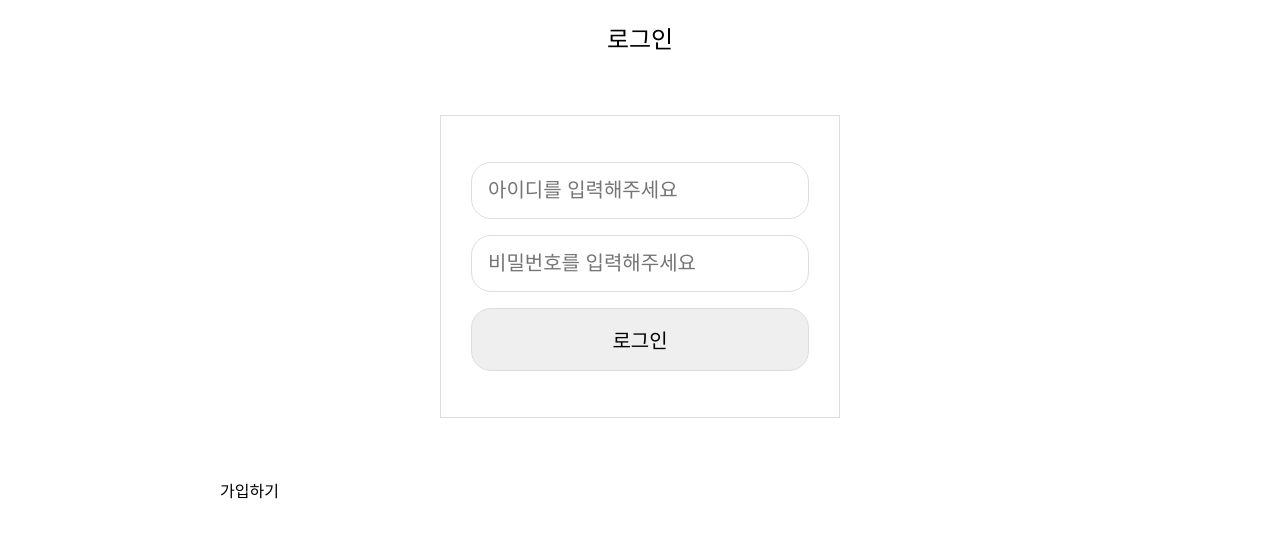
Repository: inhoo123/backup
Page: http://localhost/community-inside/login
These files come from the project's save history. The page is drawn as it stood at one moment and after the next save; the edit follows.
The browser window is 1280 px wide. The pictures show the whole page.
Some web fonts or font styles are not loaded; a fallback is used. The page is served by Tomcat 10. Other server files are loaded and not shown.

Above is the page before, as saved 2024-06-27 04:10:58.

### web-workspace/community-inside/src/main/webapp/WEB-INF/view/login.jsp
<%@ page language="java" contentType="text/html; charset=UTF-8"
    pageEncoding="UTF-8"%>
   <%@ page trimDirectiveWhitespaces="true"%>
<%@ taglib prefix="c" uri="http://java.sun.com/jsp/jstl/core"%>
<!DOCTYPE html>
<html>
<head>
<meta charset="UTF-8">
<title>인사이드 로그인</title>
<link rel="stylesheet"
	href="${pageContext.servletContext.contextPath }/css/style.css?<%=System.currentTimeMillis() %>" />
</head>
<body>
	<div style="width: 840px; margin: 0 auto;">
	<div style="text-align: center">
	<h2>로그인</h2>
	</div>
<div
			style="width: 400px; margin: 60px auto; border: 1px solid #ddd; padding: 30px;">
			<form
				action="${pageContext.servletContext.contextPath }/login-handle" method="post">
				<p>
					<input type="text" class="login-input" placeholder="아이디를 입력해주세요" name="id"/>
				</p>
				<p>
					<input type="password" class="login-input"
						placeholder="비밀번호를 입력해주세요" name="password"/>
				</p>
				<p>
					<button type="submit" class="login-input">로그인</button>
				</p>
			</form>
		</div>
		<a href="${pageContext.servletContext.contextPath }/join">가입하기</a>
	</div>
</body>
</html>

### web-workspace/community-inside/src/main/java/controller/LoginController.java
package controller;

import java.io.IOException;


import jakarta.servlet.ServletException;
import jakarta.servlet.annotation.WebServlet;
import jakarta.servlet.http.HttpServlet;
import jakarta.servlet.http.HttpServletRequest;
import jakarta.servlet.http.HttpServletResponse;

@WebServlet("/login")
public class LoginController extends HttpServlet {
	@Override
	protected void service(HttpServletRequest request, HttpServletResponse response)
			throws ServletException, IOException {

		request.getRequestDispatcher("/WEB-INF/view/login.jsp").forward(request, response);
	}
}

### web-workspace/community-inside/src/main/webapp/css/style.css
@charset "UTF-8";

@import
	url('https://fonts.googleapis.com/css2?family=Nanum+Gothic&display=swap');

* {
	font-family: "Nanum Gothic", sans-serif;
  font-weight: 400;
  font-style: normal;
  box-sizing: border-box;
}

h1, h2, h3, h4, h5, h6 {
	font-weight: lighter;
}

.gnb_bar2 {
    position: relative;
    min-width: 1050px;
    background-color: #3b4890;
    border: 1px solid #3b4890;
    border-width: 1px 0 1px 0;
    padding: 10px;
}

.top{
	padding-top:100px;

}

.aa{
    font-size: 12px;
    font-family: -apple-system,BlinkMacSystemFont,"Apple SD Gothic Neo","Malgun Gothic","맑은 고딕",arial,Dotum,돋움,sans-serif;
    margin: 0;
    padding: 0;
    vertical-align: baseline;
    background: transparent;
    font-style: normal;
    position: relative;
    min-width: 1050px;
    background-color: #3b4890;
    border: 1px solid #3b4890;
    border-width: 1px 0 1px 0;
}
.gnb_bar {
    position: relative;
    min-width: 1050px;
    background-color: #3b4890;
    border: 1px solid #3b4890;
    border-width: 1px 0 1px 0;
    padding: 10px;
}

center{
	margin: 0 auto;

}


.search{
	height: 30px;
	width: 400px;
	border: 4px solid #3b4890;
	background: #ffffff;
}



.dc_logo {
    overflow: hidden;
    position: absolute;
    top: 20px;
    left: -43px;
    text-align: center;
}
.dchead {
    position: relative;
    width: 1000px;
    height: 120px;
    margin: 0 auto;
}

body {
	min-width: 960px;
}

.no-deco-link {
	color: #444;
	text-decoration: none;
}

.fs-small {
	font-size: 0.8rem;
}

.fs-large {
	font-size: 1.2rem;
}

.srch-bar {
	padding: 12px;
	border-radius: 12px;
	font-size: 1.1rem;
	width: 480px;
}

.login-input {
	padding: 16px;
	border: 1px solid #ddd;
	width: 100%;
	box-sizing: border-box;
	font-size: 1.25rem;
	border-radius: 20px;
}

/* table css ======================================== */
.default-table {
	border-collapse: collapse;
	width: 100%;
	margin-top:10px;
}
.border-bottom {
	border-bottom: 1px solid #ddd;
}
.default-table td, .default-table th {
	padding : 4px;
}
.text-center {
	text-align: center;
}



a {
	text-decoration: none;
}

input:focus {
	outline: none;
}

textare:focus, textarea:active {
	outline: none;
}

button:hover {
	background-color: #ddd;
	cursor: pointer;
}

button:active {
	background-color: #ccc;
	cursor: pointer;
}

/* 영역 사이즈 클래스 */
.container {
	width: 1140px;
	margin: auto;
}
.container2 {
	width: 1500px;
	margin: auto;
}

.wrap-md {
	width: 720px;
	margin: auto;
}

.wrap-sm {
	width: 540px;
	margin: auto;
}

.wrap-x-sm {
	width: 360px;
	margin: auto;
}

.d-flex {
	display: flex;
}

.space-between {
	justify-content: space-between;
}

/* 컴포넌트 너비 클래스 */
.w-50 {
	width: 50%;
}

.w-100 {
	width: 100%;
}
/* 컴포넌트 테두리 클래스 */
.border {
	border: 1px solid #999;
}

.border-rounded {
	border: 1px solid #999;
	border-radius: 4px;
}

/* 글씨 정렬 클래스 */
.text-left {
	text-align: left;
}

.text-center {
	text-align: center;
}

.text-right {
	text-align: right;
}

/* 글씨 색상 클래스 */
.warning {
	color: orangered;
}

.info {
	color: limegreen;
}


/* 뱃지 클래스 */
.badge-info {
	background-color:  limegreen;
	color: white;
	padding : 4px 8px;
	border-radius: 4px;
}
.badge-warning {
	background-color:  orangered;
	color: white;
	padding : 4px 8px;
	border-radius: 4px;
}
.badge-dark {
	background-color:  #333333;
	color: white;
	padding : 4px 8px;
	border-radius: 4px;
}


.fs-1 {
	font-size: 2rem;
}

.fs-2 {
	font-size: 1.5rem;
}

.fs-3 {
	font-size: 1.17rem;
}

.fs-4 {
	font-size: 1.0rem;
}

.fs-5 {
	font-size: 0.8rem;
}

.fs-6 {
	font-size: 0.65rem;
}
/* 글씨 색상 */

/* 기본 패딩 클래스 */
.p-1 {
	padding: 4px;
}

.p-2 {
	padding: 8px;
}

.p-3 {
	padding: 12px;
}

.p-4 {
	padding: 16px;
}

.p-5 {
	padding: 20px;
}

.px-1 {
	padding-left: 4px;
	padding-right: 4px;
}

.px-2 {
	padding-left: 8px;
	padding-right: 8px;
}

.px-3 {
	padding-left: 12px;
	padding-right: 12px;
}

.px-4 {
	padding-left: 16px;
	padding-right: 16px;
}

.px-5 {
	padding-left: 20px;
	padding-right: 20px;
}

/* 기본 마진 클래스 */
.mx-1 {
	margin: auto 4px;
}

.mx-2 {
	margin: auto 8px;
}

.mx-3 {
	margin: auto 12px;
}

.mx-4 {
	margin: auto 16px;
}

.mx-5 {
	margin: auto 20px;
}

.my-1 {
	margin: 4px auto;
}

.my-2 {
	margin: 8px auto;
}

.my-3 {
	margin: 12px auto;
}

.my-4 {
	margin: 16px auto;
}

.my-5 {
	margin: 20px auto;
}
/*
.item {
	box-shadow: 1px 2px 4px 1px #888888;
}
*/
.item:hover {
	background-color: #eee;
}

a {
	text-decoration: none;
	color: black;
}
.search {
  position: relative;
  width: 300px;
}

h1, h2, h3, h4, h5, h6 {
	font-weight: lighter;
}

body {
	min-width: 960px;
}

.no-deco-link {
	color: #444;
	text-decoration: none;
}

.fs-small {
	font-size: 0.8rem;
}

.fs-large {
	font-size: 1.2rem;
}

.srch-bar {
	padding: 12px;
	border-radius: 12px;
	font-size: 1.1rem;
	width: 480px;
}

.login-input {
	padding: 16px;
	border: 1px solid #ddd;
	width: 100%;
	box-sizing: border-box;
	font-size: 1.25rem;

}

.login-input2 {
	padding: 16px;
	border: 1px solid #ddd;
	background-color: #3b4890;
	width: 100%;
	box-sizing: border-box;
	font-size: 1.25rem;
	color:white;
}


/* table css ======================================== */
.default-table {
	border-collapse: collapse;
	width: 100%;
	margin-top:10px;
}
.border-bottom {
	border-bottom: 1px solid #ddd;
}
.default-table td, .default-table th {
	padding : 4px;
}
.text-center {
	text-align: center;
}

After the next save:
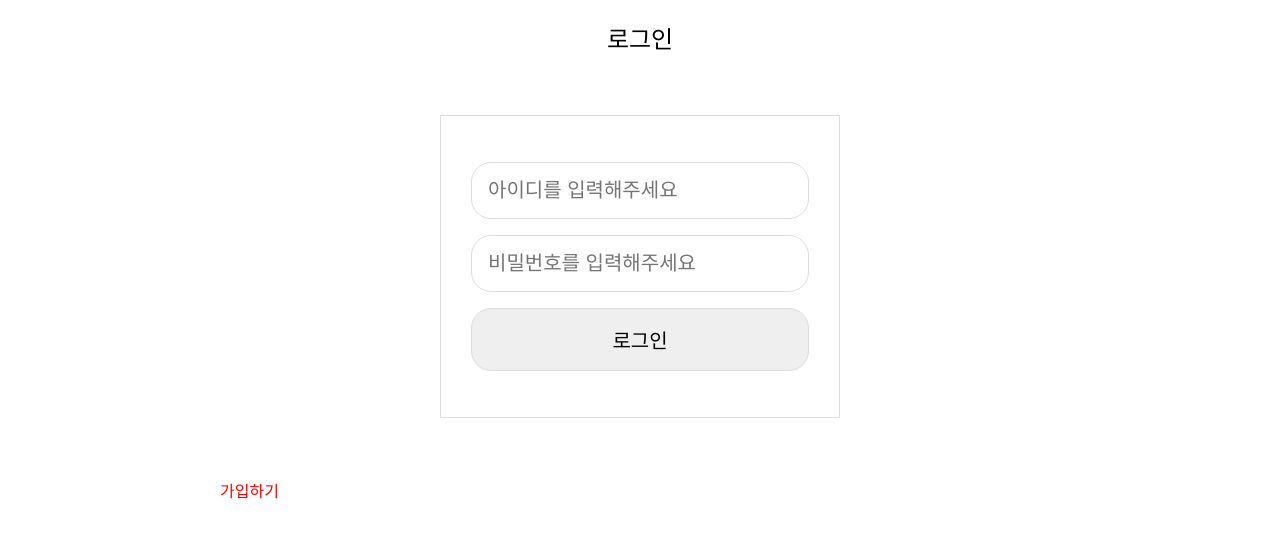
Saved 15 s later.
--- a/web-workspace/community-inside/src/main/webapp/WEB-INF/view/login.jsp
+++ b/web-workspace/community-inside/src/main/webapp/WEB-INF/view/login.jsp
@@ -31,7 +31,7 @@
 				</p>
 			</form>
 		</div>
-		<a href="${pageContext.servletContext.contextPath }/join">가입하기</a>
+		<a style="color: RED" href="${pageContext.servletContext.contextPath }/join">가입하기</a>
 	</div>
 </body>
 </html>
